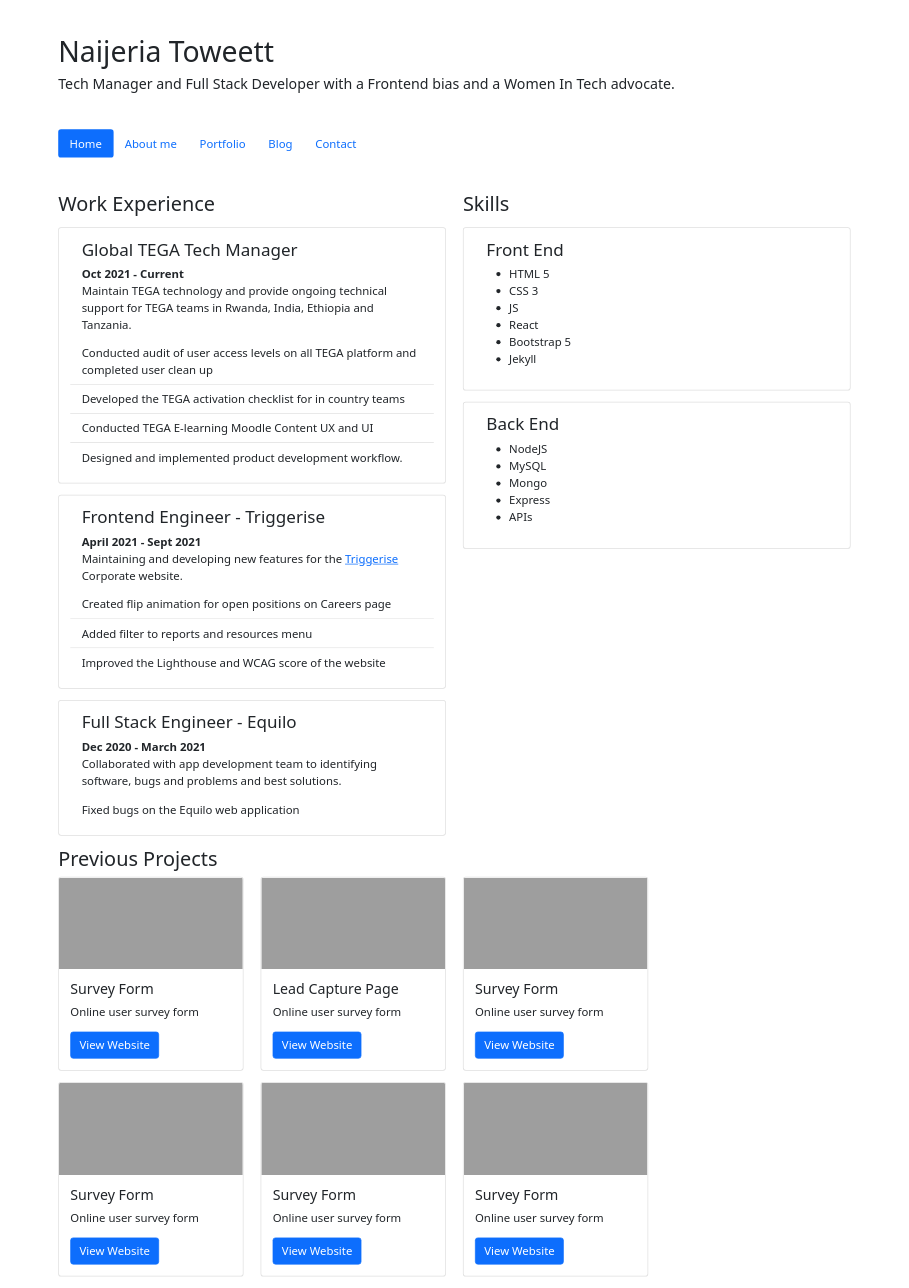
Repository: mamatechafrica/portfolio
Page: index.html
An editor plug-in stored every save of this project. The page is shown before and after a run of saves, followed by the edit.
The browser window is 1280 px wide. The pictures show the whole page, at 71% of full size.
Pictures or frames that could not be fetched are drawn as grey boxes.

Above is the page before, as saved 2022-01-04 19:30:19.

After the next 2 saves:
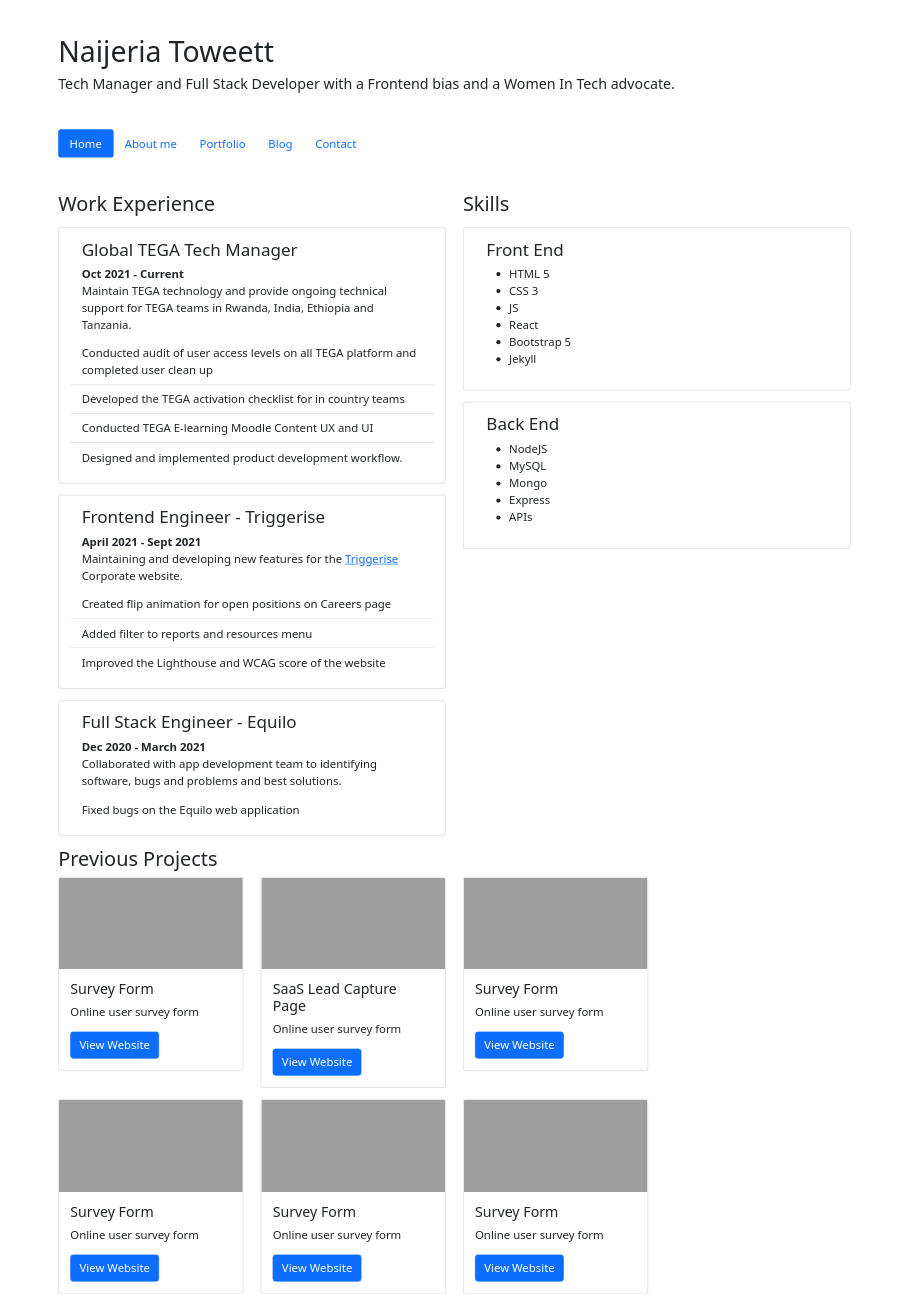
The 2 saves are shown as one change because they came seconds apart.
The last was saved 8 s later.
--- a/index.html
+++ b/index.html
@@ -145,7 +145,7 @@
                     <div class="card m-b-3">
                         <img src="https://picsum.photos/400/200" alt="Survey Form" class="card-img-top">
                         <div class="card-body">
-                            <h5 class="card-title">Lead Capture Page</h5>
+                            <h5 class="card-title">SaaS Lead Capture Page</h5>
                             <p class="card-text">Online user survey form</p>
                             <div class="btn btn-primary">View Website</div>
                         </div>
